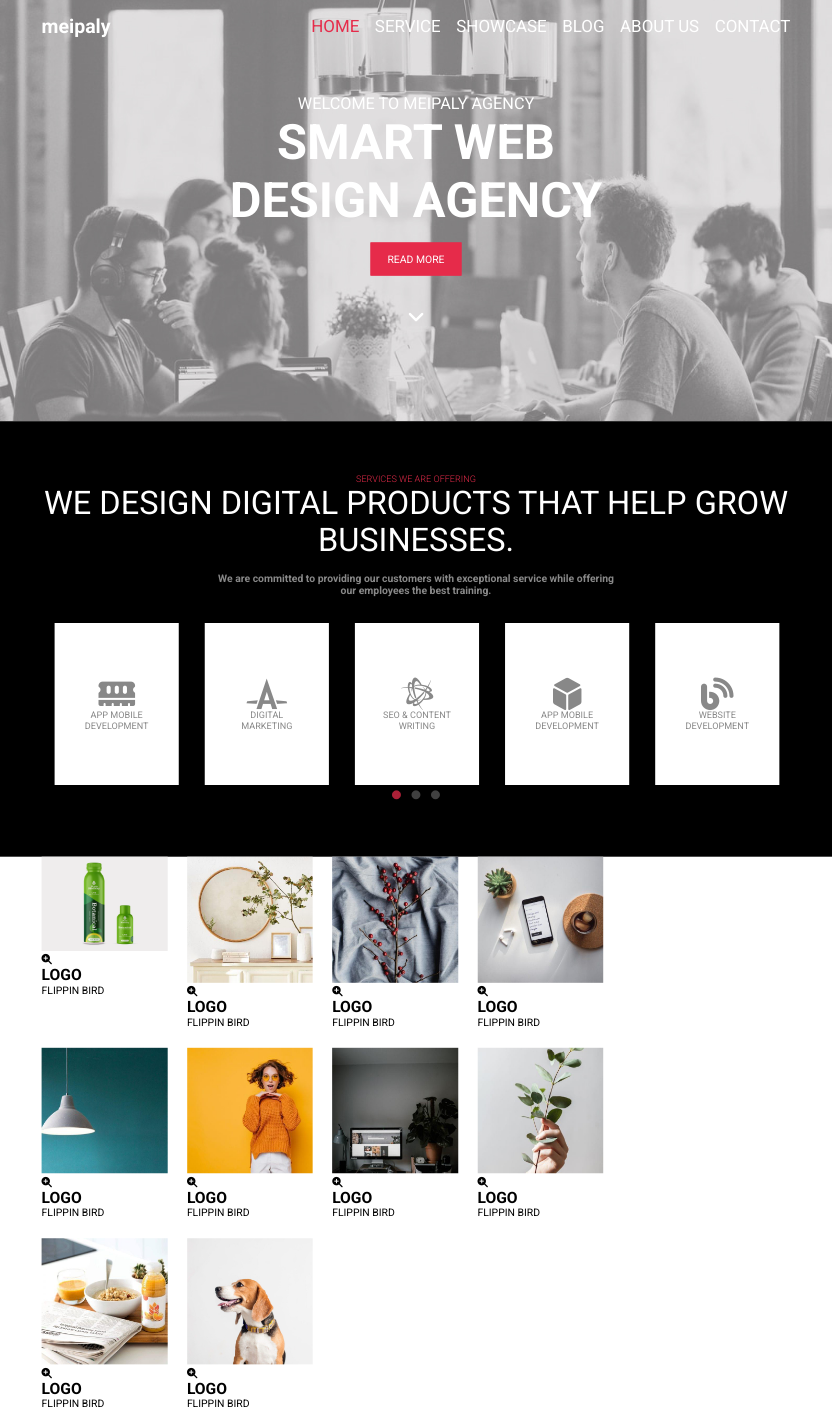
Repository: ducdatit2002/meipaly
Page: index.html
These files come from the project's save history. The page is drawn as it stood at one moment and after the next save; the edit follows.
The browser window is 1280 px wide. The pictures show the whole page, at 65% of full size.

Above is the page before, as saved 2023-07-17 19:13:30.

After the next save:
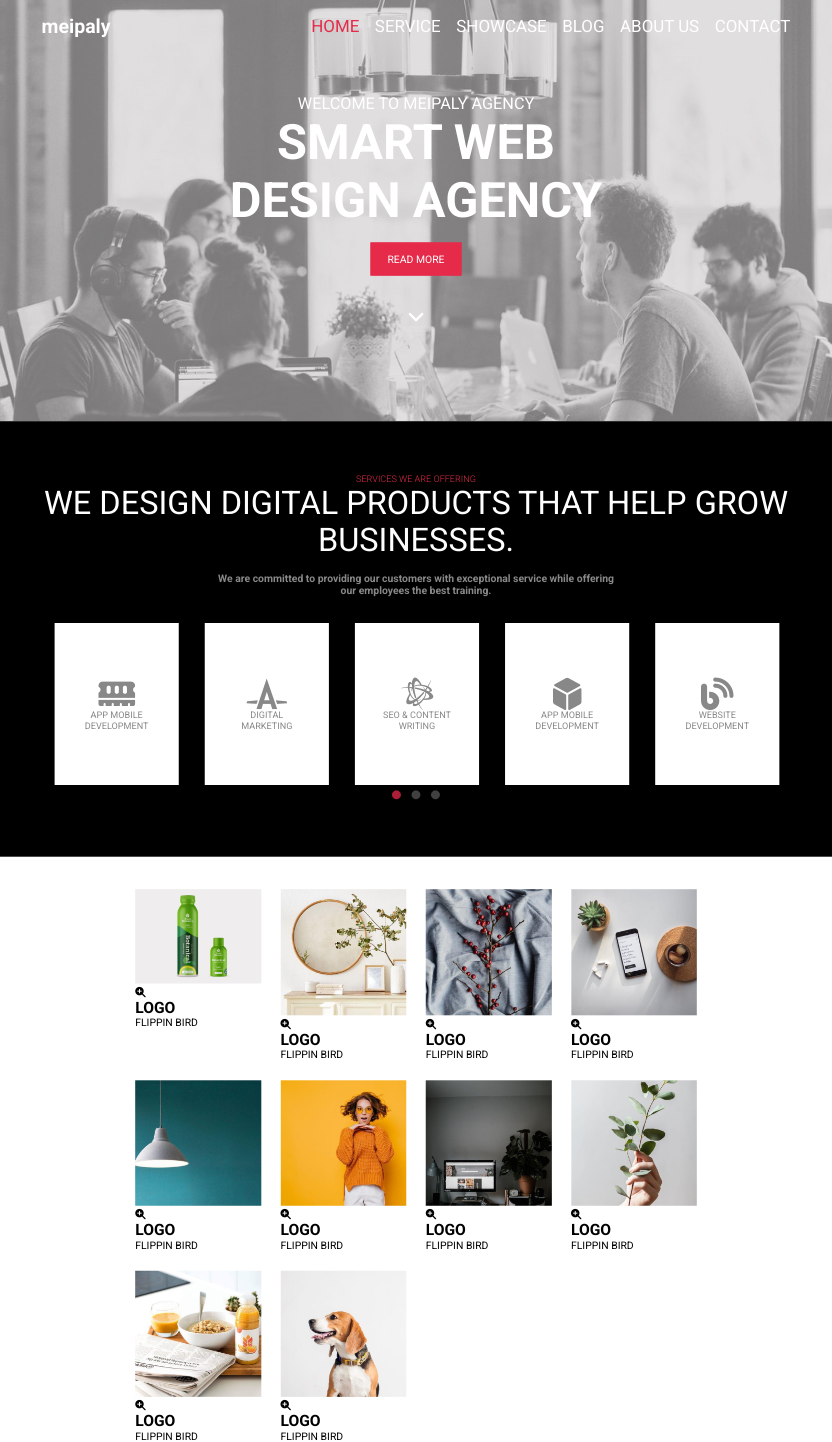
Saved 6 s later.
--- a/index.css
+++ b/index.css
@@ -178,7 +178,7 @@ header a.active, header a:hover {
     grid-template-columns: repeat(4, 1fr);
     gap: 30px;
     width: 75%;
-
+    margin: 50px auto 0;
 
 }
 .blog__list img {
